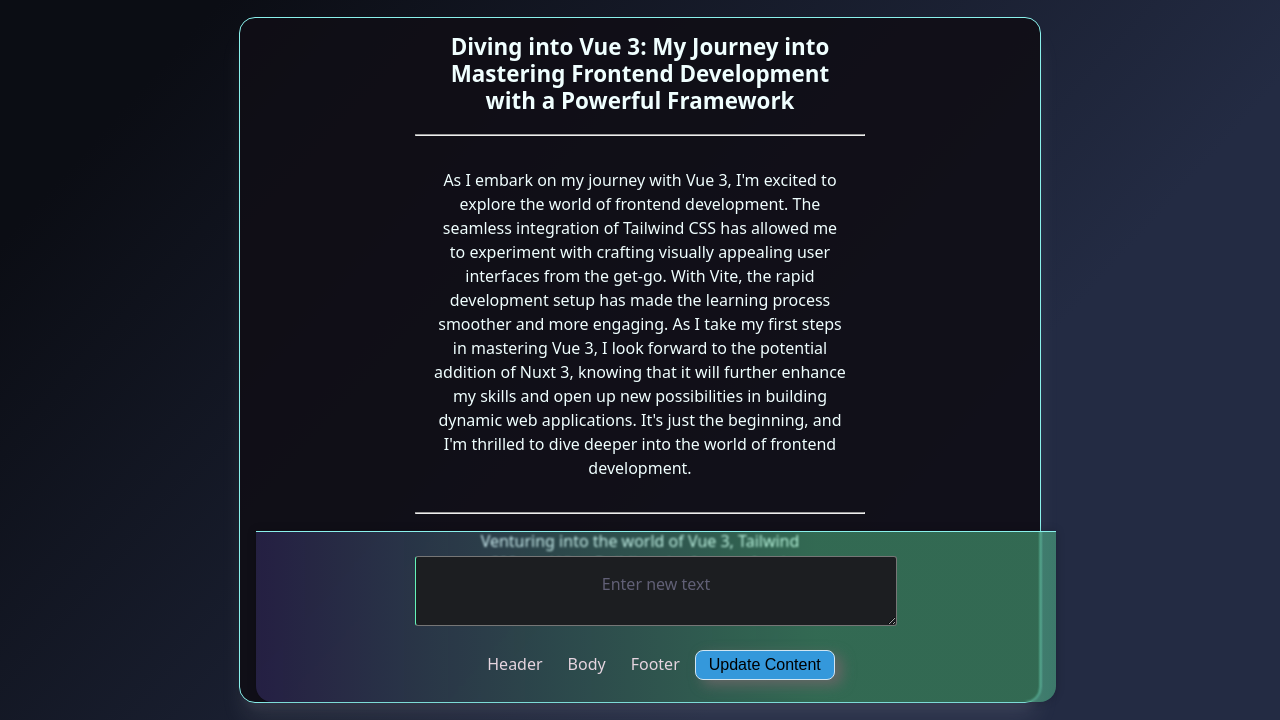
Repository: Freezler/AnnounceCraft
Page: index.html
An editor plug-in stored every save of this project. The page is shown before and after the next save, followed by the edit.
The browser window is 1280 px wide. The pictures show the whole page.

Above is the page before, as saved 2024-01-22 14:30:55.

After the next save:
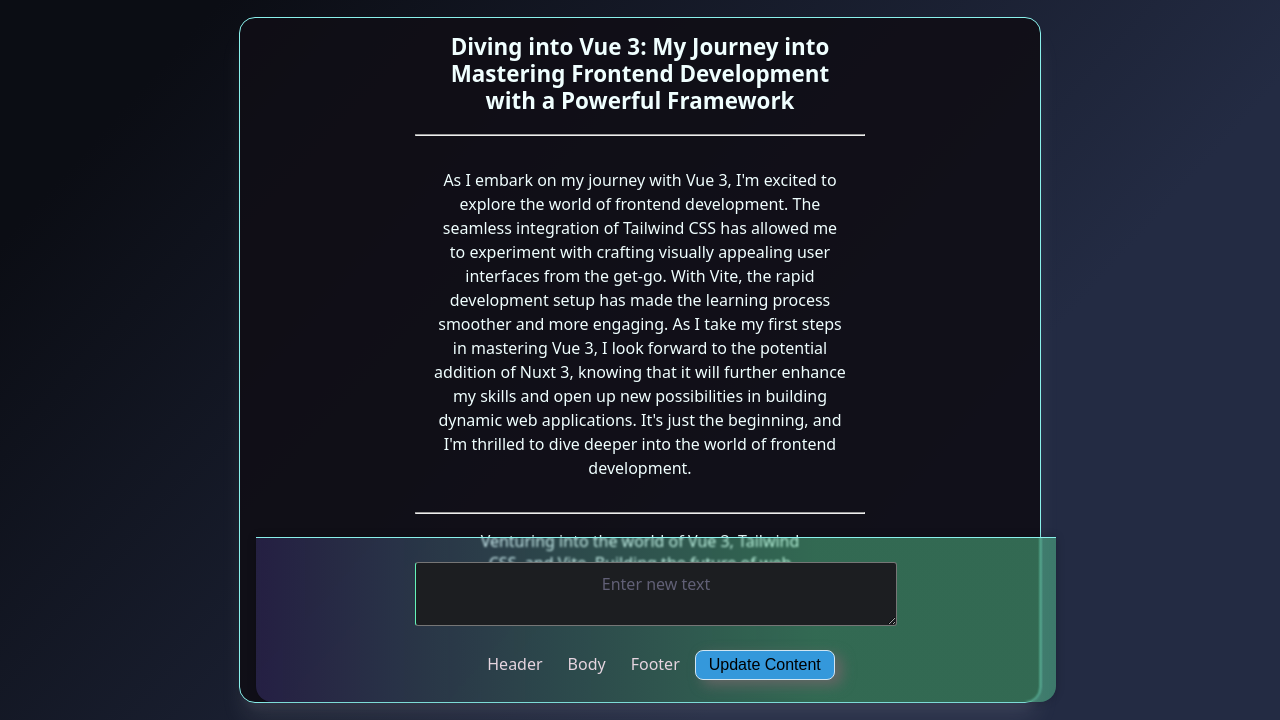
Saved 9 s later.
--- a/style.css
+++ b/style.css
@@ -146,7 +146,7 @@
         font-family: system-ui, -apple-system, BlinkMacSystemFont, 'Segoe UI', Roboto, Oxygen, Ubuntu, Cantarell, 'Open Sans', 'Helvetica Neue', sans-serif;
         margin: 0 auto;
        padding: 16px 0px;
-       padding-top: 0.5rem;
+       padding-top: 0.1rem;
        text-align: center;
             justify-content: baseline;
         overflow: hidden;
